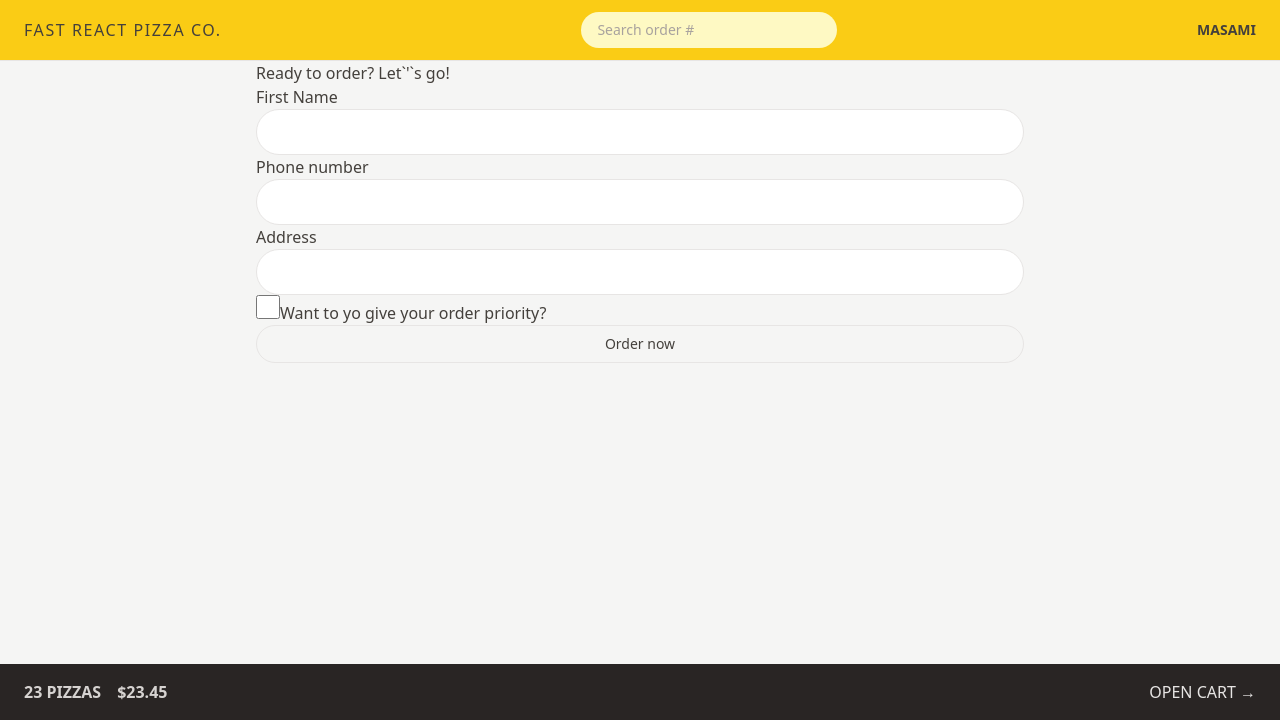
Repository: masamichan/pizza-vite
Page: /order/new
These files come from the project's save history. The page is drawn as it stood at one moment and after the next save; the edit follows.
The browser window is 1280 px wide. The pictures show the whole page.
The project was rebuilt for these pictures with package versions that can differ from the ones it lists, and the page was loaded fresh each time. Also part of the build but not shown: vite.config.js, src/ui/Home.jsx, src/utils/helpers.js, src/features/menu/MenuItem.jsx, src/features/menu/Menu.jsx, src/features/cart/Cart.jsx, src/features/order/Order.jsx, src/ui/Loader.jsx and 1 more. Imported but missing from the stored project, and not drawn on this page: src/features/user/CreateUser.

Above is the page before, as saved 2023-12-22 14:31:47.

After the next save:
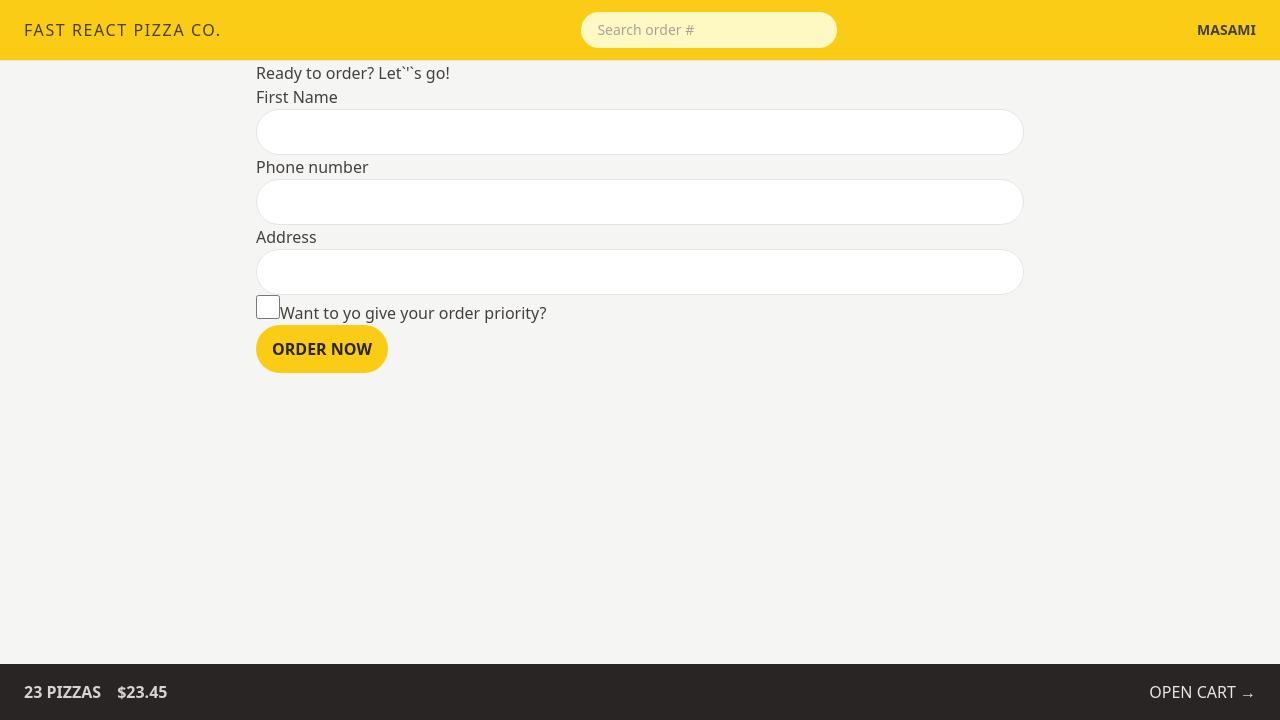
Saved 3 min 33 s later.
--- a/src/ui/Button.jsx
+++ b/src/ui/Button.jsx
@@ -2,10 +2,9 @@ function Button({ children, disabled }) {
   return (
     <button
       disabled={disabled}
-      className="md:py-3; w-full rounded-full border border-stone-200 px-4 py-2
-          text-sm transition-all duration-300
-          placeholder:text-stone-400 focus:outline-none focus:ring
-          focus:ring-yellow-400 md:px-6"
+      className="tracking-width activate:bg-slate-400 inline-block rounded-full bg-yellow-400 px-4 py-3 font-semibold
+                uppercase text-stone-800 transition-colors duration-300 hover:bg-yellow-300
+                focus:outline-none focus:ring focus:ring-yellow-300 focus:ring-offset-2 disabled:cursor-not-allowed"
     >
       {children}
     </button>
